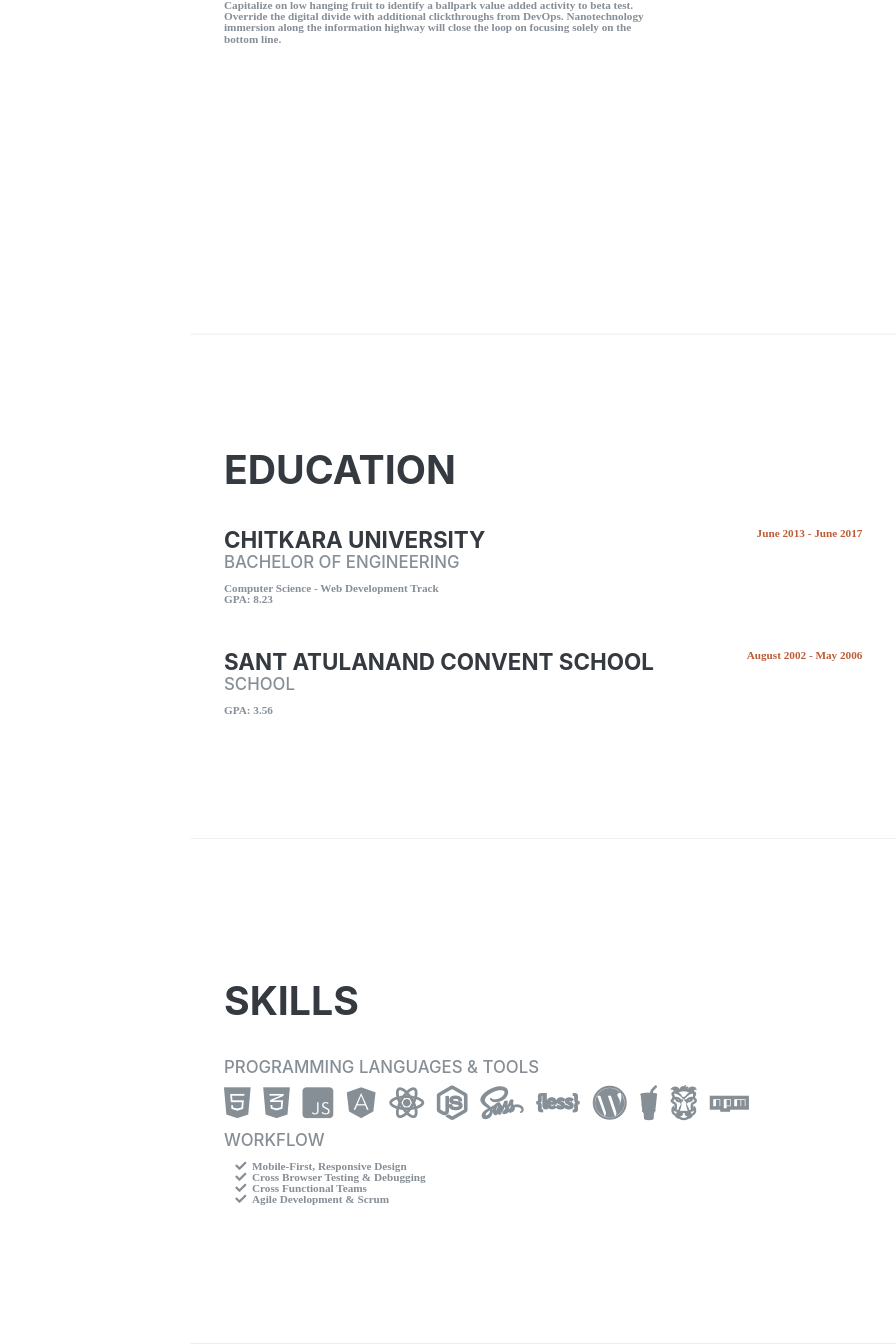
Repository: ankitkeshari719/ankitkeshari719.github.io
Page: index.html
An editor plug-in stored every save of this project. The page is shown before and after a run of saves, followed by the edit.
The browser window is 1280 px wide. The pictures show the part of the page from y = 964 to 2884 px (the page is 4349 px tall), at 70% of full size.
Some web fonts or font styles are not loaded; a fallback is used.

Above is the page before, as saved 2020-03-13 16:09:25.

### index.html
<!DOCTYPE html>
<html lang="en">

<head>

  <meta charset="utf-8">
  <meta name="viewport" content="width=device-width, initial-scale=1, shrink-to-fit=no">
  <meta name="description" content="">
  <meta name="author" content="">

  <title>Ankit Keshari : Portfolio</title>

  <!-- Bootstrap core CSS -->
  <link href="vendor/bootstrap/css/bootstrap.min.css" rel="stylesheet">

  <!-- Custom fonts for this template -->
  <link href="https://fonts.googleapis.com/css?family=Saira+Extra+Condensed:500,700" rel="stylesheet">
  <link href="https://fonts.googleapis.com/css?family=Muli:400,400i,800,800i" rel="stylesheet">
  <link href="vendor/fontawesome-free/css/all.min.css" rel="stylesheet">

  <!-- Custom styles for this template -->
  <link href="css/resume.min.css" rel="stylesheet">

</head>

<body id="page-top">

  <nav class="navbar navbar-expand-lg navbar-dark bg-primary fixed-top" id="sideNav">
    <a class="navbar-brand js-scroll-trigger" href="#page-top">
      <span class="d-block d-lg-none">Ankit Keshari</span>
      <span class="d-none d-lg-block">
        <img class="img-fluid img-profile rounded-circle mx-auto mb-2" src="img/profile.jpg" alt="">
      </span>
    </a>
    <button class="navbar-toggler" type="button" data-toggle="collapse" data-target="#navbarSupportedContent" aria-controls="navbarSupportedContent" aria-expanded="false" aria-label="Toggle navigation">
      <span class="navbar-toggler-icon"></span>
    </button>
    <div class="collapse navbar-collapse" id="navbarSupportedContent">
      <ul class="navbar-nav">
        <li class="nav-item">
          <a class="nav-link js-scroll-trigger" href="#about">About</a>
        </li>
        <li class="nav-item">
          <a class="nav-link js-scroll-trigger" href="#experience">Experience</a>
        </li>
        <li class="nav-item">
          <a class="nav-link js-scroll-trigger" href="#education">Education</a>
        </li>
        <li class="nav-item">
          <a class="nav-link js-scroll-trigger" href="#skills">Skills</a>
        </li>
        <li class="nav-item">
          <a class="nav-link js-scroll-trigger" href="#interests">Interests</a>
        </li>
        <li class="nav-item">
          <a class="nav-link js-scroll-trigger" href="#awards">Awards</a>
        </li>
      </ul>
    </div>
  </nav>

  <div class="container-fluid p-0">
    <section class="resume-section p-3 p-lg-5 d-flex align-items-center" id="about">
      <div class="w-100">
        <h1 class="mb-0">Ankit
          <span class="text-primary">Keshari</span>
        </h1>
        <div class="subheading mb-5">H-19, Rajnarayan Nagar. Gangapur Varanasi· Uttar Pradesh, CO 221302 · (+91) 950-1671-533 ·
          <a href="mailto:ankitkeshari719@gmail.com">ankitkeshari719@gmail.com</a>
        </div>
        <p class="lead mb-5">I am experienced in leveraging agile frameworks to provide a robust synopsis for high level overviews. Iterative approaches to corporate strategy foster collaborative thinking to further the overall value proposition.</p>
        <div class="social-icons">
          <a href="https://www.linkedin.com/in/ankit-keshari-a2937094?trk=hp-identity-name" target="_blank"><i class="fa fa-linkedin-square">
            <i class="fab fa-linkedin-in"></i>
          </a>
          <a href="https://github.com/ankitkeshari719" target="_blank">
            <i class="fab fa-github"></i>
          </a>
          <a href="https://twitter.com/I_m_ankit_kesri" target="_blank">
            <i class="fab fa-twitter"></i>
          </a>
          <a href="https://www.facebook.com/ankitkeshari719" target="_blank">
            <i class="fab fa-facebook-f"></i>
          </a>
        </div>
      </div>
    </section>

    <hr class="m-0">

    <section class="resume-section p-3 p-lg-5 d-flex justify-content-center" id="experience">
      <div class="w-100">
        <h2 class="mb-5">Experience</h2>

        <!-- <div class="resume-item d-flex flex-column flex-md-row justify-content-between mb-5">
          <div class="resume-content">
            <h3 class="mb-0">Senior Web Developer</h3>
            <div class="subheading mb-3">Intelitec Solutions</div>
            <p>Bring to the table win-win survival strategies to ensure proactive domination. At the end of the day, going forward, a new normal that has evolved from generation X is on the runway heading towards a streamlined cloud solution. User generated content in real-time will have multiple touchpoints for offshoring.</p>
          </div>
          <div class="resume-date text-md-right">
            <span class="text-primary">March 2013 - Present</span>
          </div>
        </div> -->

        <div class="resume-item d-flex flex-column flex-md-row justify-content-between mb-5">
          <div class="resume-content">
            <h3 class="mb-0">Web Developer</h3>
            <div class="subheading mb-3">Great Software Laboratory</div>
            <p>Capitalize on low hanging fruit to identify a ballpark value added activity to beta test. Override the digital divide with additional clickthroughs from DevOps. Nanotechnology immersion along the information highway will close the loop on focusing solely on the bottom line.</p>
          </div>
          <div class="resume-date text-md-right">
            <span class="text-primary">July 2017 - Present</span>
          </div>
        </div>

        <!-- <div class="resume-item d-flex flex-column flex-md-row justify-content-between mb-5">
          <div class="resume-content">
            <h3 class="mb-0">Junior Web Designer</h3>
            <div class="subheading mb-3">Shout! Media Productions</div>
            <p>Podcasting operational change management inside of workflows to establish a framework. Taking seamless key performance indicators offline to maximise the long tail. Keeping your eye on the ball while performing a deep dive on the start-up mentality to derive convergence on cross-platform integration.</p>
          </div>
          <div class="resume-date text-md-right">
            <span class="text-primary">July 2010 - December 2011</span>
          </div>
        </div> -->

        <!-- <div class="resume-item d-flex flex-column flex-md-row justify-content-between">
          <div class="resume-content">
            <h3 class="mb-0">Web Design Intern</h3>
            <div class="subheading mb-3">Shout! Media Productions</div>
            <p>Collaboratively administrate empowered markets via plug-and-play networks. Dynamically procrastinate B2C users after installed base benefits. Dramatically visualize customer directed convergence without revolutionary ROI.</p>
          </div>
          <div class="resume-date text-md-right">
            <span class="text-primary">September 2008 - June 2010</span>
          </div>
        </div> -->
      </div>

    </section>

    <hr class="m-0">

    <section class="resume-section p-3 p-lg-5 d-flex align-items-center" id="education">
      <div class="w-100">
        <h2 class="mb-5">Education</h2>

        <div class="resume-item d-flex flex-column flex-md-row justify-content-between mb-5">
          <div class="resume-content">
            <h3 class="mb-0">Chitkara University</h3>
            <div class="subheading mb-3">Bachelor of Engineering</div>
            <div>Computer Science - Web Development Track</div>
            <p>GPA: 8.23</p>
          </div>
          <div class="resume-date text-md-right">
            <span class="text-primary">June 2013 - June 2017</span>
          </div>
        </div>

        <div class="resume-item d-flex flex-column flex-md-row justify-content-between">
          <div class="resume-content">
            <h3 class="mb-0">Sant Atulanand Convent School</h3>
            <div class="subheading mb-3">School</div>
            <p>GPA: 3.56</p>
          </div>
          <div class="resume-date text-md-right">
            <span class="text-primary">August 2002 - May 2006</span>
          </div>
        </div>

      </div>
    </section>

    <hr class="m-0">

    <section class="resume-section p-3 p-lg-5 d-flex align-items-center" id="skills">
      <div class="w-100">
        <h2 class="mb-5">Skills</h2>

        <div class="subheading mb-3">Programming Languages &amp; Tools</div>
        <ul class="list-inline dev-icons">
          <li class="list-inline-item">
            <i class="fab fa-html5"></i>
          </li>
          <li class="list-inline-item">
            <i class="fab fa-css3-alt"></i>
          </li>
          <li class="list-inline-item">
            <i class="fab fa-js-square"></i>
          </li>
          <li class="list-inline-item">
            <i class="fab fa-angular"></i>
          </li>
          <li class="list-inline-item">
            <i class="fab fa-react"></i>
          </li>
          <li class="list-inline-item">
            <i class="fab fa-node-js"></i>
          </li>
          <li class="list-inline-item">
            <i class="fab fa-sass"></i>
          </li>
          <li class="list-inline-item">
            <i class="fab fa-less"></i>
          </li>
          <li class="list-inline-item">
            <i class="fab fa-wordpress"></i>
          </li>
          <li class="list-inline-item">
            <i class="fab fa-gulp"></i>
          </li>
          <li class="list-inline-item">
            <i class="fab fa-grunt"></i>
          </li>
          <li class="list-inline-item">
            <i class="fab fa-npm"></i>
          </li>
        </ul>

        <div class="subheading mb-3">Workflow</div>
        <ul class="fa-ul mb-0">
          <li>
            <i class="fa-li fa fa-check"></i>
            Mobile-First, Responsive Design</li>
          <li>
            <i class="fa-li fa fa-check"></i>
            Cross Browser Testing &amp; Debugging</li>
          <li>
            <i class="fa-li fa fa-check"></i>
            Cross Functional Teams</li>
          <li>
            <i class="fa-li fa fa-check"></i>
            Agile Development &amp; Scrum</li>
        </ul>
      </div>
    </section>

    <hr class="m-0">

    <section class="resume-section p-3 p-lg-5 d-flex align-items-center" id="interests">
      <div class="w-100">
        <h2 class="mb-5">Interests</h2>
        <p>Apart from being a web developer, I enjoy most of my time being outdoors. In the winter, I am an avid skier and novice ice climber. During the warmer months here in Colorado, I enjoy mountain biking, free climbing, and kayaking.</p>
        <p class="mb-0">When forced indoors, I follow a number of sci-fi and fantasy genre movies and television shows, I am an aspiring chef, and I spend a large amount of my free time exploring the latest technology advancements in the front-end web development world.</p>
      </div>
    </section>

    <hr class="m-0">

    <section class="resume-section p-3 p-lg-5 d-flex align-items-center" id="awards">
      <div class="w-100">
        <h2 class="mb-5">Awards &amp; Certifications</h2>
        <ul class="fa-ul mb-0">
          <li>
            <i class="fa-li fa fa-trophy text-warning"></i>
            Google Analytics Certified Developer</li>
          <li>
            <i class="fa-li fa fa-trophy text-warning"></i>
            Mobile Web Specialist - Google Certification</li>
          <li>
            <i class="fa-li fa fa-trophy text-warning"></i>
            1<sup>st</sup>
            Place - University of Colorado Boulder - Emerging Tech Competition 2009</li>
          <li>
            <i class="fa-li fa fa-trophy text-warning"></i>
            1<sup>st</sup>
            Place - University of Colorado Boulder - Adobe Creative Jam 2008 (UI Design Category)</li>
          <li>
            <i class="fa-li fa fa-trophy text-warning"></i>
            2<sup>nd</sup>
            Place - University of Colorado Boulder - Emerging Tech Competition 2008</li>
          <li>
            <i class="fa-li fa fa-trophy text-warning"></i>
            1<sup>st</sup>
            Place - James Buchanan High School - Hackathon 2006</li>
          <li>
            <i class="fa-li fa fa-trophy text-warning"></i>
            3<sup>rd</sup>
            Place - James Buchanan High School - Hackathon 2005</li>
        </ul>
      </div>
    </section>

  </div>

  <!-- Bootstrap core JavaScript -->
  <script src="vendor/jquery/jquery.min.js"></script>
  <script src="vendor/bootstrap/js/bootstrap.bundle.min.js"></script>

  <!-- Plugin JavaScript -->
  <script src="vendor/jquery-easing/jquery.easing.min.js"></script>

  <!-- Custom scripts for this template -->
  <script src="js/resume.min.js"></script>

</body>

</html>

Loaded but not shown: vendor/bootstrap/css/bootstrap.min.css (library); vendor/fontawesome-free/css/all.min.css (library); css/resume.min.css (common file); vendor/jquery/jquery.min.js (library); vendor/bootstrap/js/bootstrap.bundle.min.js (library); vendor/jquery-easing/jquery.easing.min.js (common file); js/resume.min.js (common file)

After the next 2 saves:
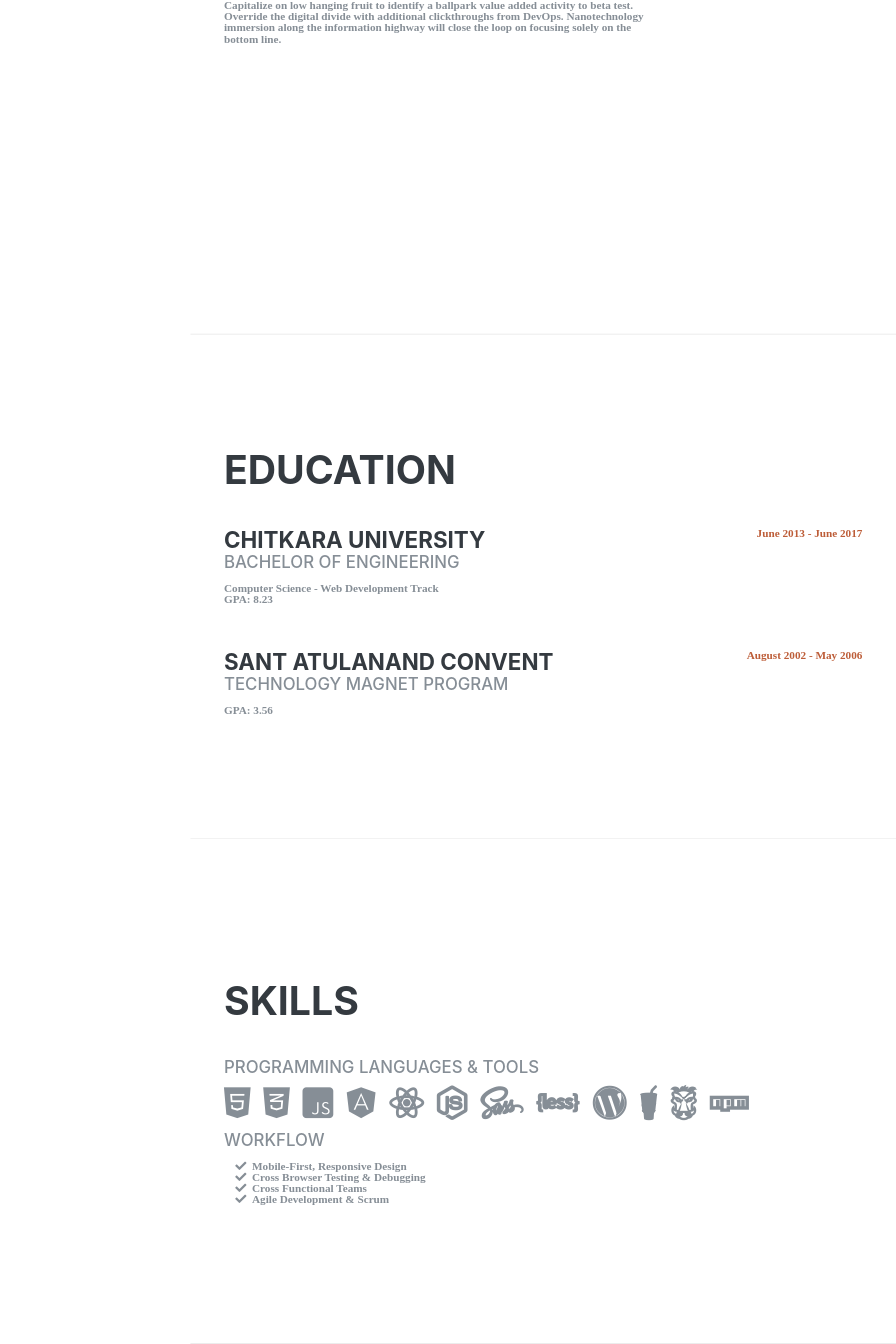
The 2 saves are shown as one change because they came seconds apart.
The last was saved 5 s later.
--- a/index.html
+++ b/index.html
@@ -159,8 +159,8 @@
 
         <div class="resume-item d-flex flex-column flex-md-row justify-content-between">
           <div class="resume-content">
-            <h3 class="mb-0">Sant Atulanand Convent School</h3>
-            <div class="subheading mb-3">School</div>
+            <h3 class="mb-0">Sant Atulanand Convent </h3>
+            <div class="subheading mb-3">Technology Magnet Program</div>
             <p>GPA: 3.56</p>
           </div>
           <div class="resume-date text-md-right">
